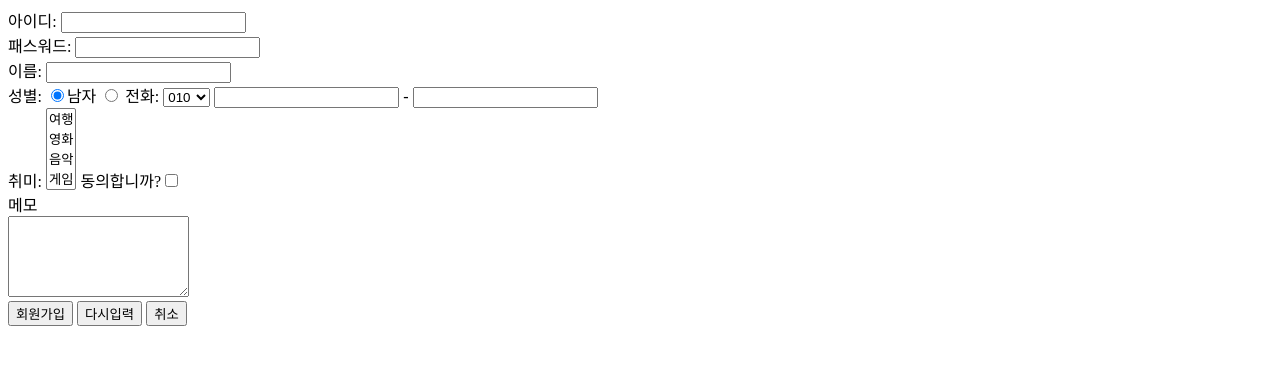
Repository: ProSleeper/itwill
Page: http://localhost/study/day1/test2.jsp
These files come from the project's save history. The page is drawn as it stood at one moment and after the next save; the edit follows.
The browser window is 1280 px wide. The pictures show the whole page.
The page is served by Tomcat 9.

Above is the page before, as saved 2022-07-18 02:15:39.

### study/WebContent/day1/test2.jsp
<%@ page language="java" contentType="text/html; charset=UTF-8"
	pageEncoding="UTF-8"%>
<!DOCTYPE html>
<html>
<head>
<meta charset="UTF-8">
<title>Insert title here</title>
</head>
<body>

<!-- 일반적으로 form양식은 post방식을 씀 -->
	<form action="" method="post" name="myForm">

		아이디: <input type="text" name="userId" /><br /> 패스워드: <input
			type="password" name="userPwd" /><br /> 이름: <input type="text"
			name="userName" /><br /> 성별: <input type="radio" name="gender"
			value="M" checked="checked" />남자 <input type="radio" name="gender"
			value="F" /> 전화: <select name="tel1">
			<option value="">선택</option>
			<option value="010" selected="selected">010</option>
			<option value="070">070</option>
			<option value="011">011</option>

		</select> <input type="text" name="tel2" /> - <input type="text" name="tel3"><br />

		취미: <select multiple="multiple" size="4" name="hobby">
			<option value="여행">여행</option>
			<option value="영화">영화</option>
			<option value="음악">음악</option>
			<option value="게임">게임</option>

		</select> 동의합니까?<input type="checkbox" name="agreeChk" value="Y"><br />

		메모<br />
		<textarea rows="5" cols="20" name="memo"></textarea><br/>

		<input type="button" value="회원가입" onclick="" />
		<input type="reset" value="다시입력" />
		<input type="button" value="취소" />




	</form>



</body>
</html>

After the next save:
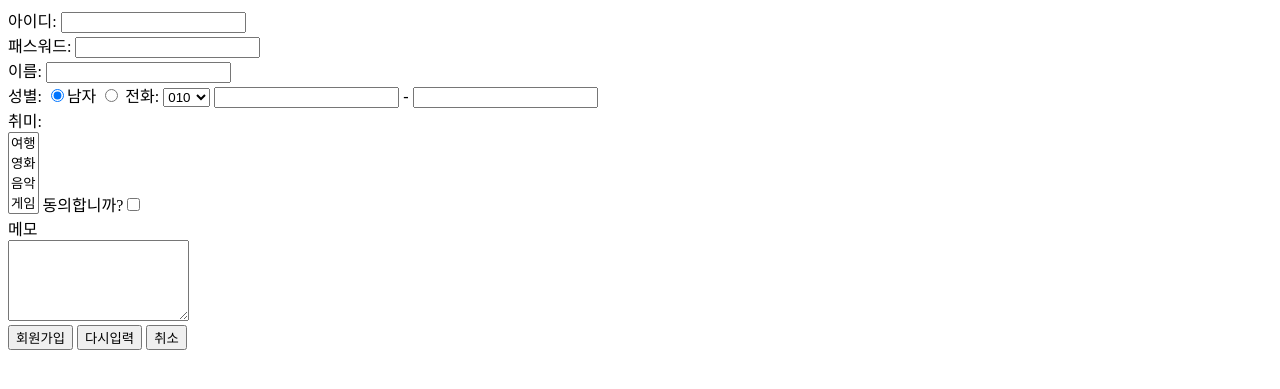
Saved 7 s later.
--- a/study/WebContent/day1/test2.jsp
+++ b/study/WebContent/day1/test2.jsp
@@ -23,7 +23,7 @@
 
 		</select> <input type="text" name="tel2" /> - <input type="text" name="tel3"><br />
 
-		취미: <select multiple="multiple" size="4" name="hobby">
+		취미: <br/><select multiple="multiple" size="4" name="hobby">
 			<option value="여행">여행</option>
 			<option value="영화">영화</option>
 			<option value="음악">음악</option>
